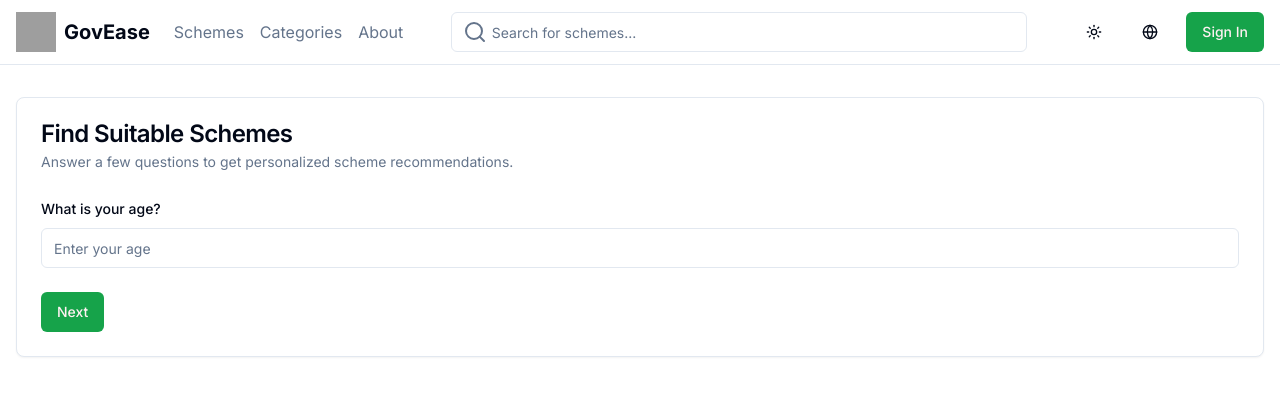
Repository: Aniket7545/GovEase
Page: /questionnaire
These files come from the project's save history. The page is drawn as it stood at one moment and after the next save; the edit follows.
The browser window is 1280 px wide. The pictures show the whole page.
Pictures or frames that could not be fetched are drawn as grey boxes. The project was rebuilt for these pictures with package versions that can differ from the ones it lists, and the page was loaded fresh each time. The framework's server and built-in components were replaced by stand-ins that run in the browser. Also part of the build but not shown: next.config.ts, components/ui/radio-group.tsx, components/ui/select.tsx.

Above is the page before, as saved 2025-01-12 10:51:42.

After the next save:
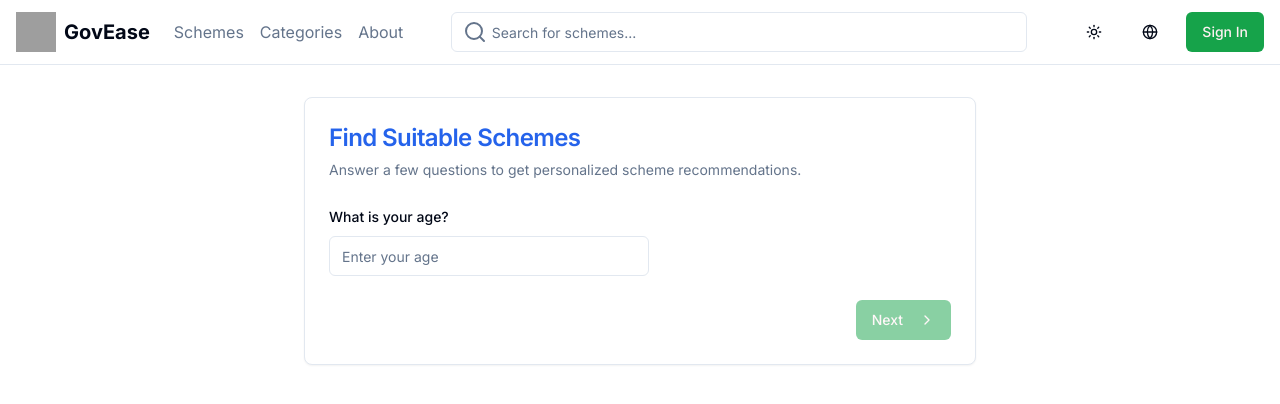
Saved 30 s later.
--- a/app/questionnaire/page.tsx
+++ b/app/questionnaire/page.tsx
@@ -1,21 +1,17 @@
 'use client'
 
 import { useState } from 'react'
+import { motion, AnimatePresence } from 'framer-motion'
 import { Button } from '@/components/ui/button'
 import { Card, CardContent, CardDescription, CardFooter, CardHeader, CardTitle } from '@/components/ui/card'
 import { Input } from '@/components/ui/input'
 import { Label } from '@/components/ui/label'
 import { RadioGroup, RadioGroupItem } from '@/components/ui/radio-group'
 import { Select, SelectContent, SelectItem, SelectTrigger, SelectValue } from '@/components/ui/select'
-//import { useToast } from '@/components/ui/use-toast'
-import { Loader2 } from 'lucide-react'
-import { useToast } from '@/hooks/use-toast'
-
-type Question =
-  | { id: string; question: string; type: 'number' }
-  | { id: string; question: string; type: 'select' | 'radio'; options: string[] };
-
-const questions: Question[] = [
+import { useToast } from '@/components/ui/use-toast'
+import { Loader2, ChevronLeft, ChevronRight } from 'lucide-react'
+
+const questions = [
   {
     id: 'age',
     question: 'What is your age?',
@@ -102,6 +98,7 @@ export default function Questionnaire() {
               placeholder="Enter your age"
               value={answers[question.id] || ''}
               onChange={(e) => handleAnswer(e.target.value)}
+              className="max-w-xs"
             />
           </div>
         )
@@ -110,7 +107,7 @@ export default function Questionnaire() {
           <div className="space-y-2">
             <Label>{question.question}</Label>
             <Select onValueChange={handleAnswer} value={answers[question.id]}>
-              <SelectTrigger>
+              <SelectTrigger className="max-w-xs">
                 <SelectValue placeholder="Select an option" />
               </SelectTrigger>
               <SelectContent>
@@ -145,57 +142,82 @@ export default function Questionnaire() {
   if (isLoading) {
     return (
       <div className="flex justify-center items-center h-screen">
-        <Loader2 className="h-8 w-8 animate-spin" />
+        <Loader2 className="h-8 w-8 animate-spin text-blue-600" />
       </div>
     )
   }
 
-  if (recommendations.length > 0) {
-    return (
-      <div className="container mx-auto px-4 py-8">
-        <Card>
+  return (
+    <div className="container mx-auto px-4 py-8">
+      <motion.div
+        initial={{ opacity: 0, y: 20 }}
+        animate={{ opacity: 1, y: 0 }}
+        transition={{ duration: 0.5 }}
+      >
+        <Card className="max-w-2xl mx-auto">
           <CardHeader>
-            <CardTitle>Recommended Schemes</CardTitle>
-            <CardDescription>Based on your answers, we recommend the following schemes:</CardDescription>
+            <CardTitle className="text-2xl text-blue-600">Find Suitable Schemes</CardTitle>
+            <CardDescription>Answer a few questions to get personalized scheme recommendations.</CardDescription>
           </CardHeader>
           <CardContent>
-            <ul className="list-disc pl-5 space-y-2">
-              {recommendations.map((scheme, index) => (
-                <li key={index}>{scheme}</li>
-              ))}
-            </ul>
+            <AnimatePresence mode="wait">
+              <motion.div
+                key={currentQuestion}
+                initial={{ opacity: 0, x: 20 }}
+                animate={{ opacity: 1, x: 0 }}
+                exit={{ opacity: 0, x: -20 }}
+                transition={{ duration: 0.3 }}
+              >
+                {recommendations.length > 0 ? (
+                  <div className="space-y-4">
+                    <h3 className="text-xl font-semibold text-blue-600">Recommended Schemes</h3>
+                    <ul className="list-disc pl-5 space-y-2">
+                      {recommendations.map((scheme, index) => (
+                        <motion.li
+                          key={index}
+                          initial={{ opacity: 0, y: 10 }}
+                          animate={{ opacity: 1, y: 0 }}
+                          transition={{ duration: 0.3, delay: index * 0.1 }}
+                        >
+                          {scheme}
+                        </motion.li>
+                      ))}
+                    </ul>
+                  </div>
+                ) : (
+                  renderQuestion()
+                )}
+              </motion.div>
+            </AnimatePresence>
           </CardContent>
-          <CardFooter>
-            <Button onClick={() => window.location.reload()}>Start Over</Button>
+          <CardFooter className="flex justify-between">
+            {currentQuestion > 0 && recommendations.length === 0 && (
+              <Button
+                variant="outline"
+                onClick={() => setCurrentQuestion(currentQuestion - 1)}
+                className="flex items-center"
+              >
+                <ChevronLeft className="mr-2 h-4 w-4" /> Previous
+              </Button>
+            )}
+            {currentQuestion < questions.length - 1 && recommendations.length === 0 && (
+              <Button onClick={handleNext} className="ml-auto flex items-center" disabled={!answers[questions[currentQuestion].id]}>
+                Next <ChevronRight className="ml-2 h-4 w-4" />
+              </Button>
+            )}
+            {currentQuestion === questions.length - 1 && recommendations.length === 0 && (
+              <Button onClick={handleSubmit} className="ml-auto flex items-center" disabled={!answers[questions[currentQuestion].id]}>
+                Get Recommendations <ChevronRight className="ml-2 h-4 w-4" />
+              </Button>
+            )}
+            {recommendations.length > 0 && (
+              <Button onClick={() => window.location.reload()} className="mx-auto">
+                Start Over
+              </Button>
+            )}
           </CardFooter>
         </Card>
-      </div>
-    )
-  }
-
-  return (
-    <div className="container mx-auto px-4 py-8">
-      <Card>
-        <CardHeader>
-          <CardTitle>Find Suitable Schemes</CardTitle>
-          <CardDescription>Answer a few questions to get personalized scheme recommendations.</CardDescription>
-        </CardHeader>
-        <CardContent>{renderQuestion()}</CardContent>
-        <CardFooter>
-          {currentQuestion > 0 && (
-            <Button
-              variant="outline"
-              onClick={() => setCurrentQuestion(currentQuestion - 1)}
-              className="mr-2"
-            >
-              Previous
-            </Button>
-          )}
-          <Button onClick={handleNext}>
-            {currentQuestion < questions.length - 1 ? 'Next' : 'Get Recommendations'}
-          </Button>
-        </CardFooter>
-      </Card>
+      </motion.div>
     </div>
   )
 }
